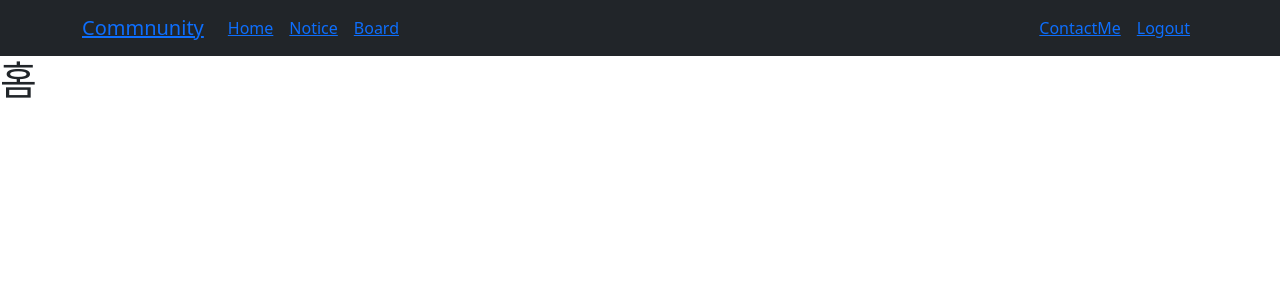
Repository: yangddoddi/community_react
Page: /
An editor plug-in stored every save of this project. The page is shown before and after the next save, followed by the edit.
The browser window is 1280 px wide. The pictures show the whole page.
The page's requests for data from a server got no answer. The project was rebuilt for these pictures with package versions that can differ from the ones it lists, and the page was loaded fresh each time. No one was signed in, and anything a server would have sent is missing. Also part of the build but not shown: src/pages/Join.js, src/pages/Login.js, src/pages/Posts.js, src/pages/Write.js.

Above is the page before, as saved 2022-09-06 23:13:04.

### src/App.js
import React, { useEffect, useState } from "react";
import { testAxios } from "./config/testAxios";
import { Header } from "./pages/header/Header";
import { MyRoutes } from "./router/Routes";
import "bootstrap/dist/css/bootstrap.min.css";

const App = () => {
  const [ip, setIp] = useState("");
  const findIp = (data) => {
    setIp(data);
  };

  useEffect(() => {
    testAxios("test", findIp);
  });

  return (
    <>
      <Header />
      <MyRoutes />
    </>
  );
};

export default App;

### src/config/testAxios.js
import axios from "axios";

export const testAxios = (url, findIp) => {
  axios({
    url: "/" + url,
    method: "post",
    baseURL: "http://localhost:8080",
    withCredentials: true,
  }).then((res) => {
    findIp(res.data);
  });
};

### src/pages/header/Header.js
import Container from "react-bootstrap/Container";
import Nav from "react-bootstrap/Nav";
import Navbar from "react-bootstrap/Navbar";
import { NavLink } from "react-bootstrap";
import axios from "axios";
import { Link } from "react-router-dom";

export const Header = () => {
  const logoutHandler = () => {
    axios.post("http://localhost8080/logout").catch((err) => console.log(err));
  };

  return (
    <>
      <Navbar bg="dark" variant="dark">
        <Container>
          <Navbar.Brand>
            <Link to="/" className="header_title">
              Commnunity
            </Link>
          </Navbar.Brand>
          <Nav className="me-auto">
            <Nav.Link>
              <Link to="/" className="header_title">
                Home
              </Link>
            </Nav.Link>
            <Nav.Link>
              <Link to="/posts/notice" className="header_title">
                Notice
              </Link>
            </Nav.Link>
            <Nav.Link>
              <Link to="/posts/board" className="header_title">
                Board
              </Link>
            </Nav.Link>
          </Nav>
          <Nav className="right">
            <Nav.Link>
              <Link to="/contact" className="header_title">
                ContactMe
              </Link>
            </Nav.Link>
            <Nav.Link>
              <Link className="header_title" onClick={logoutHandler}>
                Logout
              </Link>
            </Nav.Link>
          </Nav>
        </Container>
      </Navbar>
    </>
  );
};

### src/router/Routes.js
import { Route, Routes } from "react-router-dom";
import { Home } from "../pages/Home";
import { Join } from "../pages/Join";
import { Login } from "../pages/Login";
import { Posts } from "../pages/Posts";
import { Write } from "../pages/Write";

export const MyRoutes = () => {
  return (
    <Routes>
      <Route path="/*" element={<Home />} />
      <Route path="/login" element={<Login />} />
      <Route path="/join" element={<Join />} />
      <Route path="/posts/:id/write" element={<Write />} />
      <Route path="/posts/:id" element={<Posts />} />
      <Route path="/posts/:category" element={<Posts />} />
      <Route path="/posts/:category" element={<Posts />} />
      <Route path="/posts/:category" element={<Posts />} />
    </Routes>
  );
};

### src/pages/Home.js
export const Home = () => {
  return <h1>홈</h1>;
};

Loaded but not shown: public/index.html (common file); src/index.js (common file); src/index.css (common file); src/reportWebVitals.js (common file)

After the next save:
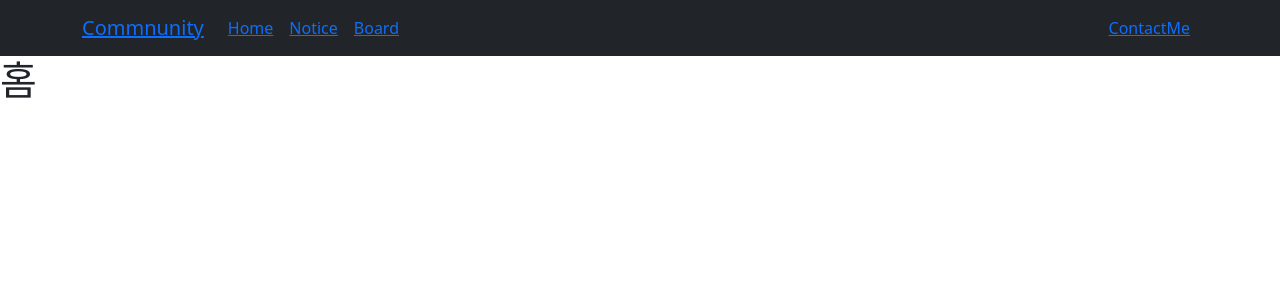
Saved 4 s later.
--- a/src/pages/header/Header.js
+++ b/src/pages/header/Header.js
@@ -42,11 +42,6 @@
                 ContactMe
               </Link>
             </Nav.Link>
-            <Nav.Link>
-              <Link className="header_title" onClick={logoutHandler}>
-                Logout
-              </Link>
-            </Nav.Link>
           </Nav>
         </Container>
       </Navbar>

After the save that followed:
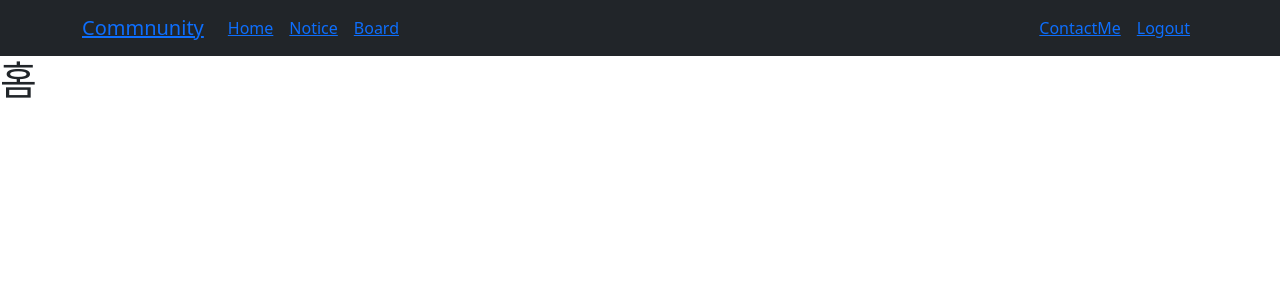
Saved 5 s later.
--- a/src/pages/header/Header.js
+++ b/src/pages/header/Header.js
@@ -42,6 +42,11 @@
                 ContactMe
               </Link>
             </Nav.Link>
+            <Nav.Link>
+              <Link className="header_title" onClick={logoutHandler}>
+                Logout
+              </Link>
+            </Nav.Link>
           </Nav>
         </Container>
       </Navbar>
